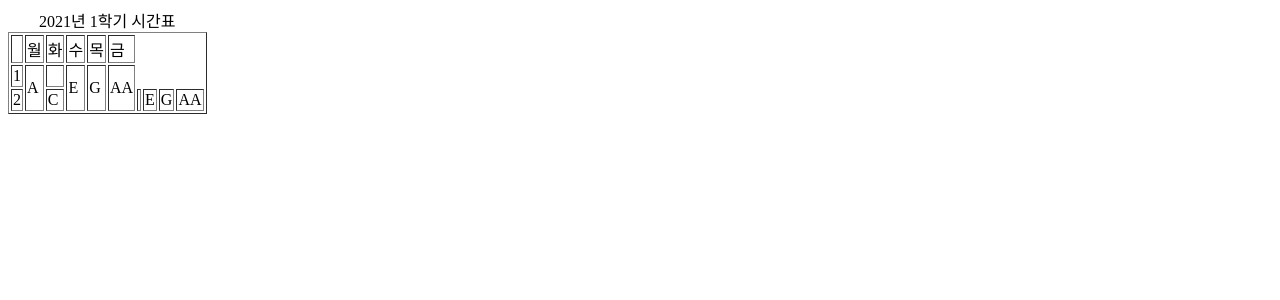
Repository: o-ddong/JSP
Page: ch1_html/WebContent/hello.html
An editor plug-in stored every save of this project. The page is shown before and after the next save, followed by the edit.
The browser window is 1280 px wide. The pictures show the whole page.

Above is the page before, as saved 2021-03-03 05:51:22.

### ch1_html/WebContent/hello.html
<!DOCTYPE html>
<html>
<head>
<meta charset="EUC-KR">
<title>Insert title here</title>
<style type = "text/css">
	.style0{border:solid;}
	.style1{font-family:궁서체 ; color:red; font-size:25px; width:100px}
	.style2{font-family:italic; color:blur; font-size:18px; width:50px}
	.style3{background-color:yellow;}
</style>
</head>
<body>

<table border="1">
	<caption>2021년 1학기 시간표</caption>
	<tr>
		<td></td>
		<td>월</td>
		<td>화</td>
		<td>수</td>
		<td>목</td>
		<td>금</td>
	</tr>
	<tr>
		<td>1</td>
		<td rowspan=3>A</td>
		<td></td>
		<td rowspan=2>E</td>
		<td rowspan=3>G</td>
		<td rowspan=2>AA</td>
	</tr>
	<tr>
		<td>2</td>
		<td rowspan=3>C</td>
		<td></td>
		<td rowspan=2>E</td>
		<td rowspan=3>G</td>
		<td rowspan=2>AA</td>
	</tr>


</table>

</body>
</html>

After the next save:
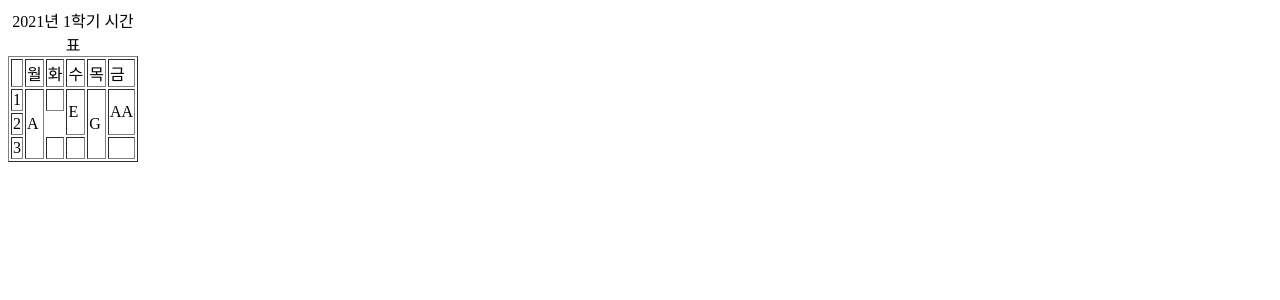
Saved 81 s later.
--- a/ch1_html/WebContent/hello.html
+++ b/ch1_html/WebContent/hello.html
@@ -32,11 +32,12 @@
 	</tr>
 	<tr>
 		<td>2</td>
-		<td rowspan=3>C</td>
+	</tr>
+	<tr>
+		<td>3</td>
 		<td></td>
-		<td rowspan=2>E</td>
-		<td rowspan=3>G</td>
-		<td rowspan=2>AA</td>
+		<td> </td>
+		<td></td>
 	</tr>
 
 
